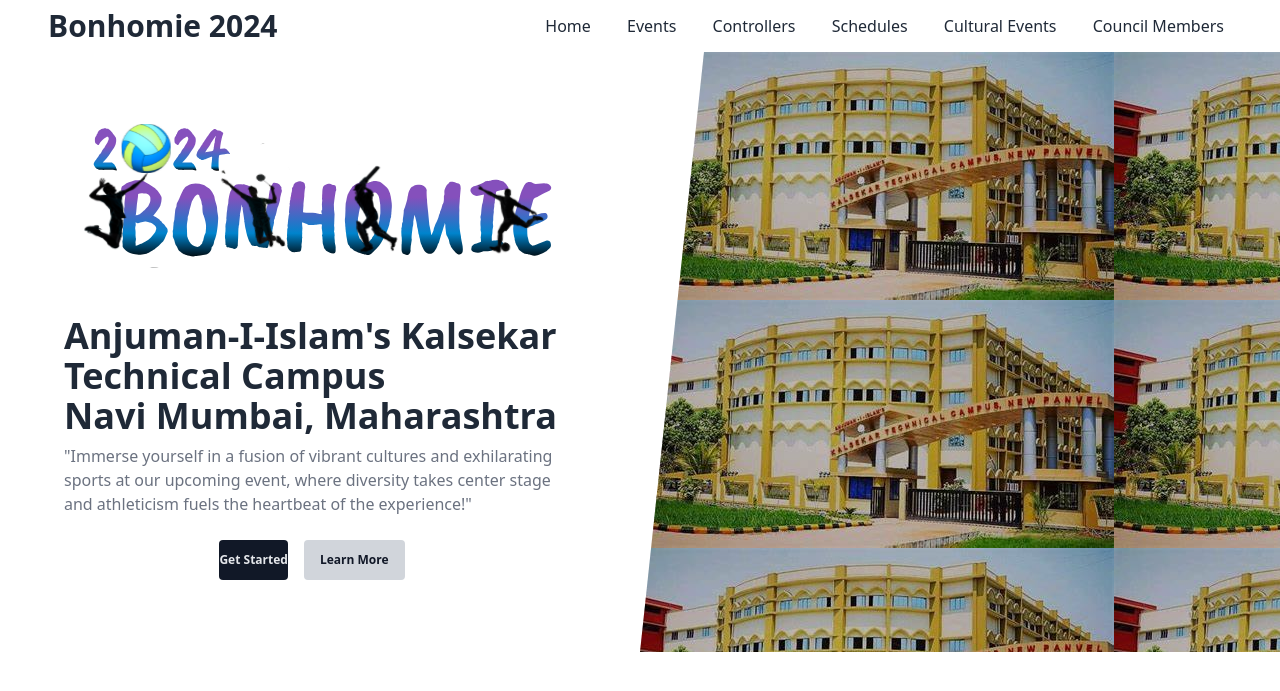
Repository: sshadulla22/Bonhomie2024
Page: Bonhomie 2024/index.html
These files come from the project's save history. The page is drawn as it stood at one moment and after the next save; the edit follows.
The browser window is 1280 px wide. The pictures show the whole page.
Some web libraries are served in a nearby version.

Above is the page before, as saved 2024-01-31 17:03:02.

### Bonhomie 2024/index.html
<!DOCTYPE html>
<html lang="en">
<head>
    <meta charset="UTF-8">
    <meta name="viewport" content="width=device-width, initial-scale=1.0">
    <script src="https://cdn.tailwindcss.com"></script>
    <title>Bonhomie 2024 </title>
</head>
<body>
    <!-- component -->
<div class="w-full">
    <nav class="bg-white shadow-lg">
        <div class="md:flex items-center justify-between py-2 px-8 md:px-12">
            <div class="flex justify-between items-center">
               <div class="text-2xl font-bold text-gray-800 md:text-3xl">
                    <a href="#">Bonhomie 2024</a>
               </div>
                <div class="md:hidden">
                    <button type="button" class="block text-gray-800 hover:text-gray-700 focus:text-gray-700 focus:outline-none">
                        <svg class="h-6 w-6 fill-current" viewBox="0 0 24 24">
                            <path class="hidden" d="M16.24 14.83a1 1 0 0 1-1.41 1.41L12 13.41l-2.83 2.83a1 1 0 0 1-1.41-1.41L10.59 12 7.76 9.17a1 1 0 0 1 1.41-1.41L12 10.59l2.83-2.83a1 1 0 0 1 1.41 1.41L13.41 12l2.83 2.83z"/>
                            <path d="M4 5h16a1 1 0 0 1 0 2H4a1 1 0 1 1 0-2zm0 6h16a1 1 0 0 1 0 2H4a1 1 0 0 1 0-2zm0 6h16a1 1 0 0 1 0 2H4a1 1 0 0 1 0-2z"/>
                        </svg>
                    </button>
                </div>
            </div>
            <div class="flex flex-col md:flex-row hidden md:block -mx-2">
                <a href="#" class="text-gray-800 rounded hover:bg-blue-500 hover:text-gray-100 hover:font-medium py-2 px-2 md:mx-2">Home</a>
                <a href="#" class="text-gray-800 rounded hover:bg-blue-500  hover:text-gray-100 hover:font-medium py-2 px-2 md:mx-2">Events</a>
                <a href="#" class="text-gray-800 rounded hover:bg-blue-500  hover:text-gray-100 hover:font-medium py-2 px-2 md:mx-2">Controllers</a>
                <a href="#" class="text-gray-800 rounded hover:bg-blue-500  hover:text-gray-100 hover:font-medium py-2 px-2 md:mx-2">Schedules</a>
                <a href="#" class="text-gray-800 rounded hover:bg-blue-500  hover:text-gray-100 hover:font-medium py-2 px-2 md:mx-2">Cultural Events</a>
                <a href="#" class="text-gray-800 rounded hover:bg-blue-500  hover:text-gray-100 hover:font-medium py-2 px-2 md:mx-2">Council Members</a>
            </div>
        </div>
    </nav>
    <div class="flex bg-white" style="height:600px;">
        <div class="flex items-center text-center lg:text-left px-8 md:px-12 lg:w-1/2">
            <div>
                <header class="flex-grow flex flex-col justify-center items-center px-4">
                    <h1 class="text-5xl font-bold text-white text-center mb-8"><img src="/images/Group 255 (1).svg" alt="Girl in a jacket" width="700px" height="1400px"></h1>
                <h2 class="text-3xl font-semibold text-gray-800 md:text-4xl">Anjuman-I-Islam's Kalsekar Technical Campus <br> Navi Mumbai, Maharashtra </h2>
                <p class="mt-2 text-2xl text-gray-500 md:text-base">"Immerse yourself in a fusion of vibrant cultures and exhilarating sports at our upcoming event, where diversity takes center stage and athleticism fuels the heartbeat of the experience!"</p>
                <div class="flex justify-center lg:justify-start mt-6">
                    <a class="px- py-3 bg-gray-900 text-gray-200 text-xs font-semibold rounded hover:bg-gray-800" href="#">Get Started</a>
                    <a class="mx-4 px-4 py-3 bg-gray-300 text-gray-900 text-xs font-semibold rounded hover:bg-gray-400" href="#">Learn More</a>
                </div>
            </div>
        </div>
        <div class="hidden lg:block lg:w-1/2" style="clip-path:polygon(10% 0, 100% 0%, 100% 100%, 0 100%)">
            <div class="h-full object-cover" style="background-image: url(./images/OIP.jpeg)">
                <div class="h-full bg-black opacity-25"></div>
            </div>
        </div>
    </div>
</div>
    </body>
    </html>

After the next save:
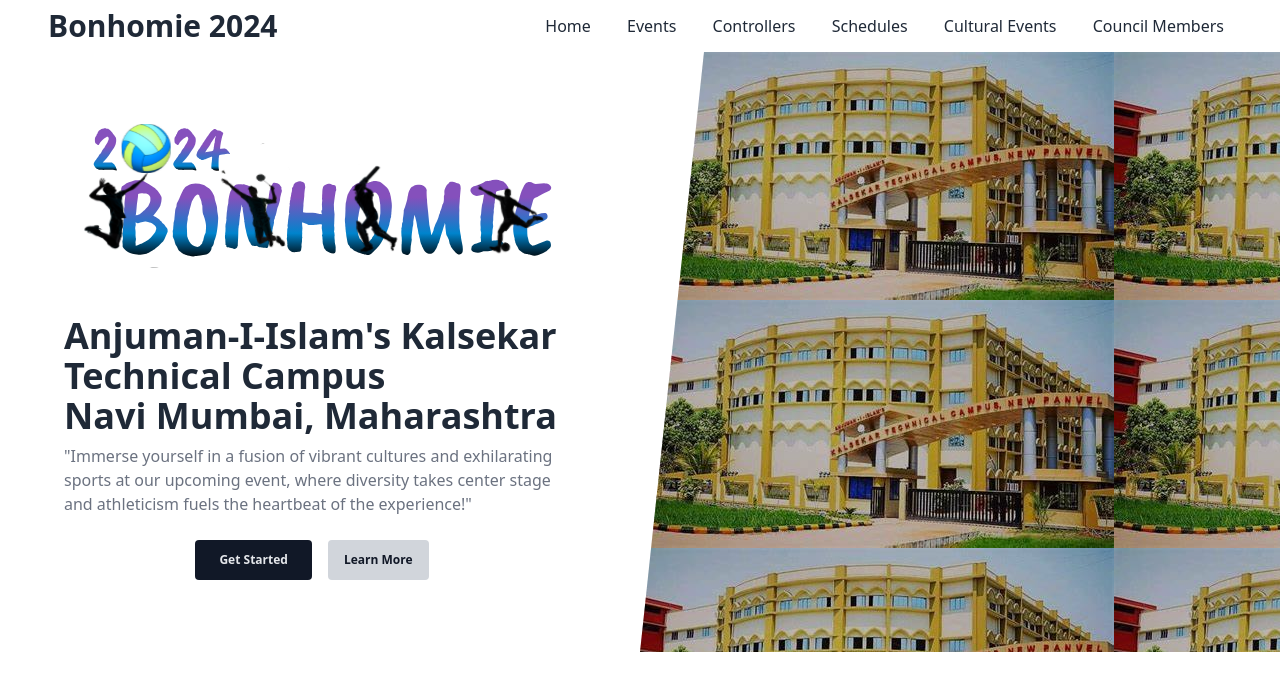
Saved 4 s later.
--- a/Bonhomie 2024/index.html
+++ b/Bonhomie 2024/index.html
@@ -42,7 +42,7 @@
                 <h2 class="text-3xl font-semibold text-gray-800 md:text-4xl">Anjuman-I-Islam's Kalsekar Technical Campus <br> Navi Mumbai, Maharashtra </h2>
                 <p class="mt-2 text-2xl text-gray-500 md:text-base">"Immerse yourself in a fusion of vibrant cultures and exhilarating sports at our upcoming event, where diversity takes center stage and athleticism fuels the heartbeat of the experience!"</p>
                 <div class="flex justify-center lg:justify-start mt-6">
-                    <a class="px- py-3 bg-gray-900 text-gray-200 text-xs font-semibold rounded hover:bg-gray-800" href="#">Get Started</a>
+                    <a class="px-6 py-3 bg-gray-900 text-gray-200 text-xs font-semibold rounded hover:bg-gray-800" href="#">Get Started</a>
                     <a class="mx-4 px-4 py-3 bg-gray-300 text-gray-900 text-xs font-semibold rounded hover:bg-gray-400" href="#">Learn More</a>
                 </div>
             </div>
